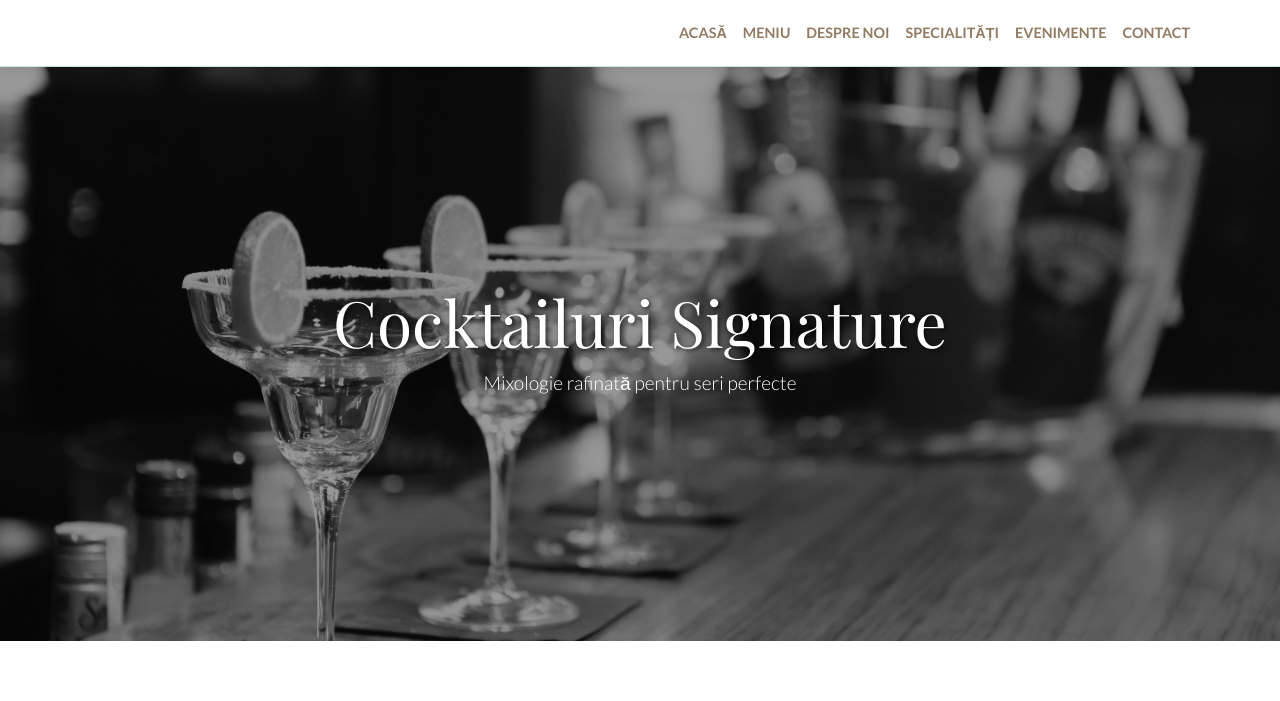
Repository: 912-Comsa-Teodora/bistrot-restaurant
Page: restaurant/index.html
These files come from the project's save history. The page is drawn as it stood at one moment and after the next save; the edit follows.
The browser window is 1280 px wide. The pictures show the part of the page from y = 0 to 701 px (the page is 2972 px tall).
A picture or video elsewhere on the page could not be fetched, so the positions and the page height are approximate.

Above is the page before, as saved 2026-01-17 14:53:47.

### restaurant/index.html
<!DOCTYPE html>
<html lang="ro">
<head>
    <meta charset="UTF-8">
    <meta name="viewport" content="width=device-width, initial-scale=1.0">
    <meta name="description" content="Cel mai bun restaurant și bar din oraș. Atmosferă unică, meniu select.">
    <meta name="author" content="Numele Tau">

    <title>Bistrot Elegance - Restaurant & Bar</title>

    <link href="https://cdn.jsdelivr.net/npm/bootstrap@5.3.0/dist/css/bootstrap.min.css" rel="stylesheet">
    <link rel="stylesheet" href="https://cdnjs.cloudflare.com/ajax/libs/font-awesome/6.4.0/css/all.min.css">
    <link href="https://fonts.googleapis.com/css2?family=Playfair+Display:wght@400;700&family=Lato:wght@300;400;700&display=swap" rel="stylesheet">

    <style>
        :root {
            /* --- NEW COLOR SCHEME --- */
            --primary-color: #740427; /* Visiniu Toulouse */
            --primary-dark: #50021b;
            --mint-color: #C8EAD3;    /* Accentul Mint */
            --mint-light: #F2F9F4;    /* Mint foarte deschis */
            --text-brown: #937B63;    /* Maro-ul pentru text */
            --white: #ffffff;
        }

        body {
            font-family: 'Lato', sans-serif;
            color: var(--text-brown);
            padding-top: 65px;
            background-color: var(--white);
        }

        h1, h2, h3, h4, h5 {
            font-family: 'Playfair Display', serif;
            color: var(--primary-color);
        }

        /* Navigatie (Old Structure, New Colors) */
        .navbar {
            background-color: #fff;
            box-shadow: 0 2px 10px rgba(0,0,0,0.1);
            border-bottom: 1px solid var(--mint-color);
        }

        .navbar-brand img {
            max-height: 40px;
        }

        .nav-link {
            color: var(--text-brown);
            font-weight: 700;
            text-transform: uppercase;
            font-size: 0.9rem;
        }

        .nav-link:hover {
            color: var(--primary-color);
        }

        /* Carousel Custom (Old Structure) */
        #heroCarousel .carousel-item img {
            height: 80vh;
            object-fit: cover;
            filter: brightness(0.6);
        }

        .carousel-caption {
            top: 50%;
            transform: translateY(-50%);
            bottom: auto;
            width: 70%;
            left: 15%;
        }

        .carousel-caption p {
            margin-top: 0;
            margin-bottom: 1.5rem;
            font-size: 1.2rem;
            font-weight: 300;
            color: #fff;
        }

        .carousel-caption h2 {
            font-size: 4rem;
            color: #fff;
            text-shadow: 2px 2px 4px rgba(0,0,0,0.6);
        }

        /* Sectiuni Generale */
        section {
            padding: 80px 0;
        }

        .section-title {
            text-align: center;
            margin-bottom: 50px;
            position: relative;
        }

        .section-title::after {
            content: '';
            display: block;
            width: 60px;
            height: 3px;
            background-color: var(--primary-color);
            margin: 20px auto;
        }

        /* --- SPECIALTIES SECTION STYLES (NEW) --- */
        .bg-mint-gradient {
            background: linear-gradient(180deg, var(--white) 0%, var(--mint-light) 100%);
        }

        .card {
            border: 1px solid var(--mint-color);
            background-color: #fff;
            transition: transform 0.3s;
            box-shadow: 0 5px 15px rgba(0,0,0,0.05);
        }

        .card:hover {
            transform: translateY(-5px);
            border-color: var(--primary-color);
            box-shadow: 0 10px 30px rgba(116, 4, 39, 0.1);
        }

        .card-img-top {
            height: 250px;
            width: 100%;
            object-fit: cover;
            object-position: center;
        }

        .price-tag {
            font-family: 'Playfair Display', serif;
            font-size: 1.4rem;
            font-weight: 700;
            color: var(--primary-color);
        }

        /* Custom Badges (New Colors) */
        .badge-custom-primary {
            background-color: var(--primary-color) !important;
            color: var(--mint-color);
        }

        .badge-custom-mint {
            background-color: var(--mint-color) !important;
            color: var(--primary-color);
            font-weight: 700;
        }

        /* --- EVENTS IMAGES --- */
        @media (min-width: 992px) {
            .event-img-small {
                height: 250px;
                width: 100%;
                object-fit: cover;
            }
            .event-img-large {
                height: calc(500px + 1.5rem);
                width: 100%;
                object-fit: cover;
            }
        }

        /* Footer (Old Structure, New Colors) */
        footer {
            background-color: var(--primary-color); /* Updated to Burgundy */
            color: #fff;
            padding: 60px 0 20px;
            border-top: 5px solid var(--mint-color);
        }

        footer h4 {
            color: var(--mint-color); /* Updated to Mint */
            margin-bottom: 20px;
        }

        footer p, footer i {
            color: rgba(255, 255, 255, 0.9);
        }

        .social-icons a {
            color: #fff;
            font-size: 1.5rem;
            margin-right: 15px;
            transition: color 0.3s;
        }

        .social-icons a:hover {
            color: var(--mint-color);
        }

        hr.bg-light {
             border-color: rgba(255,255,255,0.2);
        }
    </style>
</head>
<body>

    <header id="home">
        <nav class="navbar navbar-expand-lg navbar-light fixed-top">
            <div class="container">
                <a class="navbar-brand" href="index.html">
                    <img src="./pictures/Bistrot-Elegance-Logo.png" alt="Logo Bistrot Elegance">
                </a>

                <button class="navbar-toggler" type="button" data-bs-toggle="collapse" data-bs-target="#navbarContent" aria-controls="navbarContent" aria-expanded="false" aria-label="Toggle navigation">
                    <span class="navbar-toggler-icon"></span>
                </button>

                <div class="collapse navbar-collapse" id="navbarContent">
                    <ul class="navbar-nav ms-auto mb-2 mb-lg-0">
                        <li class="nav-item">
                            <a class="nav-link" href="#home">Acasă</a>
                        </li>
                        <li class="nav-item">
                            <a class="nav-link" href="#meniu">Meniu</a>
                        </li>
                        <li class="nav-item">
                            <a class="nav-link" href="#despre">Despre Noi</a>
                        </li>
                        <li class="nav-item">
                            <a class="nav-link" href="#specialitati">Specialități</a>
                        </li>
                        <li class="nav-item">
                            <a class="nav-link" href="#evenimente">Evenimente</a>
                        </li>
                        <li class="nav-item">
                            <a class="nav-link" href="#contact">Contact</a>
                        </li>
                    </ul>
                </div>
            </div>
        </nav>
    </header>

    <div id="heroCarousel" class="carousel slide" data-bs-ride="carousel">
        <div class="carousel-inner">
            <div class="carousel-item active" data-bs-interval="3000">
                <img src="pictures/restaurant-imagine-principala.jpg" class="d-block w-100" alt="Interior restaurant">
                <div class="carousel-caption d-none d-md-block">
                    <p>Bine ați venit la</p>
                    <h2>Bistrot Elegance</h2>
                    <p>O experiență culinară de neuitat în inima orașului</p>
                </div>
            </div>

            <div class="carousel-item" data-bs-interval="3000">
                <img src="pictures/cover-bauturi.jpg" class="d-block w-100" alt="Bauturi">
                <div class="carousel-caption d-none d-md-block">
                    <h2>Cocktailuri Signature</h2>
                    <p>Mixologie rafinată pentru seri perfecte</p>
                </div>
            </div>

            <div class="carousel-item" data-bs-interval="3000">
                <img src="pictures/cover-mancare.jpg" class="d-block w-100" alt="Mancare">
                <div class="carousel-caption d-none d-md-block">
                    <h2>Gusturi Autentice</h2>
                    <p>Preparate create cu pasiune din ingrediente locale</p>
                </div>
            </div>

            <div class="carousel-item" data-bs-interval="3000">
                <img src="pictures/cover-desert.jpg" class="d-block w-100" alt="Desert">
                <div class="carousel-caption d-none d-md-block">
                    <h2>Deserturi Artizanale</h2>
                    <p>Finalul dulce perfect pentru orice masă</p>
                </div>
            </div>
        </div>
    </div>

    <section id="despre">
        <div class="container">
            <div class="row align-items-center">
                <div class="col-lg-6 mb-4 mb-lg-0">
                    <h2 class="mb-4">Povestea Noastră</h2>
                    <h3 class="mb-3" style="color: var(--text-brown); opacity: 0.8;">Tradiție și modernism din 2010</h3>
                    <p>
                        Situat într-o clădire istorică, <strong>Bistrot Elegance</strong> îmbină arhitectura clasică cu un design interior modern și vibrant. Ne mândrim cu o atmosferă care invită la relaxare și conversație, fiind locul ideal atât pentru întâlniri de afaceri, cât și pentru cine romantice.
                    </p>
                    <p>
                        Filozofia noastră culinară se bazează pe ingrediente locale, proaspete, reinterpretate într-o manieră internațională. Echipa noastră de bucătari pasionați lucrează zilnic pentru a oferi preparate care surprind prin gust și prezentare.
                    </p>
                </div>
                <div class="col-lg-6">
                    <img src="pictures/interior-restaurant.jpg" class="img-fluid rounded shadow" alt="Interior restaurant">
                </div>
            </div>
        </div>
    </section>

    <section id="specialitati" class="bg-mint-gradient">
        <div class="container">
            <h2 class="section-title">Recomandările Chef-ului</h2>
            <div class="row g-4">

                <div class="col-md-6 col-lg-3">
                    <div class="card h-100">
                        <span class="position-absolute top-0 end-0 badge rounded-pill badge-custom-primary m-2">
                            Best Seller
                        </span>
                        <img src="pictures/muschi-de-vita-cu-legume.jpg" class="card-img-top" alt="Vita">
                        <div class="card-body d-flex flex-column">
                            <h4 class="card-title">Mușchi de Vită</h4>
                            <p class="card-text small text-muted">Mușchi de vită fraged la grătar, acompaniat de broccoli și anghinare.</p>
                            <div class="mt-auto d-flex justify-content-between align-items-center">
                                <span class="badge badge-custom-mint">Vită Premium</span>
                                <span class="price-tag">135 RON</span>
                            </div>
                        </div>
                    </div>
                </div>

                <div class="col-md-6 col-lg-3">
                    <div class="card h-100">
                         <span class="position-absolute top-0 end-0 badge rounded-pill badge-custom-primary m-2">
                            Nou
                        </span>
                        <img src="pictures/avocado-gourmet-burger.jpg" class="card-img-top" alt="Burger">
                        <div class="card-body d-flex flex-column">
                            <h4 class="card-title">Avocado Burger</h4>
                            <p class="card-text small text-muted">Chiflă brioche, carne Black Angus, cheddar și avocado.</p>
                            <div class="mt-auto d-flex justify-content-between align-items-center">
                                <span class="badge badge-custom-mint">Burger</span>
                                <span class="price-tag">68 RON</span>
                            </div>
                        </div>
                    </div>
                </div>

                 <div class="col-md-6 col-lg-3">
                    <div class="card h-100">
                        <img src="pictures/vita-cu-fructe-rosii.jpg" class="card-img-top" alt="Vita fructe rosii">
                        <div class="card-body d-flex flex-column">
                            <h4 class="card-title">Vită Fructe Roșii</h4>
                            <p class="card-text small text-muted">File de vită cu sos dulce-acrișor de fructe de pădure.</p>
                            <div class="mt-auto d-flex justify-content-between align-items-center">
                                <span class="badge badge-custom-mint">Signature</span>
                                <span class="price-tag">148 RON</span>
                            </div>
                        </div>
                    </div>
                </div>

                <div class="col-md-6 col-lg-3">
                    <div class="card h-100">
                        <span class="position-absolute top-0 end-0 badge rounded-pill badge-custom-primary m-2">
                            Ofertă
                        </span>
                        <img src="pictures/salmon-poke.jpg" class="card-img-top" alt="Poke">
                        <div class="card-body d-flex flex-column">
                            <h4 class="card-title">Salmon Poke</h4>
                            <p class="card-text small text-muted">Cuburi de somon proaspăt, avocado și orez.</p>
                            <div class="mt-auto d-flex justify-content-between align-items-center">
                                <span class="badge badge-custom-mint">Raw Bar</span>
                                <span class="price-tag">58 RON</span>
                            </div>
                        </div>
                    </div>
                </div>

            </div>
        </div>
    </section>

    <section id="evenimente">
        <div class="container">
            <h2 class="section-title">Evenimente & Atmosferă</h2>
            <div class="row">
                <div class="col-lg-4 mb-4">
                    <h3>Muzică Live & Seri Tematice</h3>
                    <p>În fiecare seară de vineri și sâmbătă, atmosfera este întreținută de artiști locali de jazz și pian.</p>
                    <p>Organizam degustări de vinuri în fiecare ultimă joi din lună. Vă așteptăm să descoperiți soiuri premiate alături de somelierul nostru.</p>
                    <div class="alert alert-info mt-3" style="background-color: var(--mint-light); border-color: var(--mint-color); color: var(--primary-color);">
                        <strong>Rezervare necesară!</strong> Locurile sunt limitate pentru serile de muzică live.
                    </div>
                </div>

                <div class="col-lg-4 col-md-6 mb-4">
                    <img src="pictures/seara-tematica-sushi.jpg" class="img-fluid rounded mb-4 w-100 event-img-small" alt="Live">

                    <img src="pictures/petrecere-privata.jpg" class="img-fluid rounded w-100 event-img-small" alt="Vin">
                </div>

                <div class="col-lg-4 col-md-6">
                    <img src="pictures/seara-de-jazz.jpg" class="img-fluid rounded w-100 event-img-large" alt="Party">
                </div>
            </div>
        </div>
    </section>

    <footer id="contact">
        <div class="container">
            <div class="row">
                <div class="col-md-4 mb-4">
                    <h4>Contact</h4>
                    <p><i class="fas fa-map-marker-alt me-2"></i> Strada Principală Nr. 10, Cluj-Napoca</p>
                    <p><i class="fas fa-phone me-2"></i> +40 722 123 456</p>
                    <p><i class="fas fa-envelope me-2"></i> contact@bistrotelegance.ro</p>
                </div>

                <div class="col-md-4 mb-4">
                    <h4>Program</h4>
                    <p>Luni - Joi: 10:00 - 23:00</p>
                    <p>Vineri - Sâmbătă: 10:00 - 02:00</p>
                    <p>Duminică: 12:00 - 23:00</p>
                </div>

                <div class="col-md-4 mb-4 text-md-end text-start">
                    <h4>Urmărește-ne</h4>
                    <div class="social-icons">
                        <a href="#" aria-label="Facebook"><i class="fab fa-facebook-f"></i></a>
                        <a href="#" aria-label="Instagram"><i class="fab fa-instagram"></i></a>
                        <a href="#" aria-label="TripAdvisor"><i class="fab fa-tripadvisor"></i></a>
                    </div>
                </div>
            </div>

            <hr class="bg-light">

            <div class="row">
                <div class="col-12 text-center">
                    <p class="small mb-0">&copy; 2023 Bistrot Elegance. Toate drepturile rezervate.</p>
                </div>
            </div>
        </div>
    </footer>

    <script src="https://cdn.jsdelivr.net/npm/bootstrap@5.3.0/dist/js/bootstrap.bundle.min.js"></script>
</body>
</html>

After the next save:
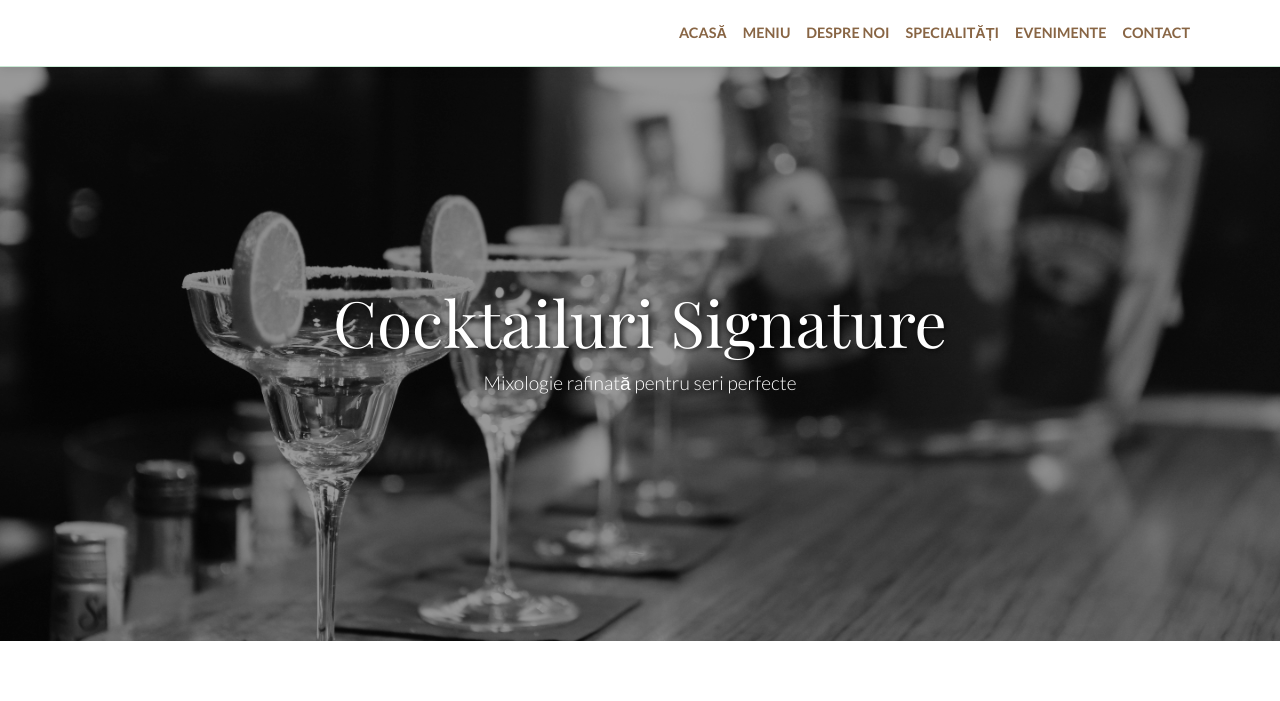
Saved 68 s later.
--- a/restaurant/index.html
+++ b/restaurant/index.html
@@ -19,7 +19,7 @@
             --primary-dark: #50021b;
             --mint-color: #C8EAD3;    /* Accentul Mint */
             --mint-light: #F2F9F4;    /* Mint foarte deschis */
-            --text-brown: #937B63;    /* Maro-ul pentru text */
+            --text-brown: #886544;    /* Maro-ul pentru text */
             --white: #ffffff;
         }
 
